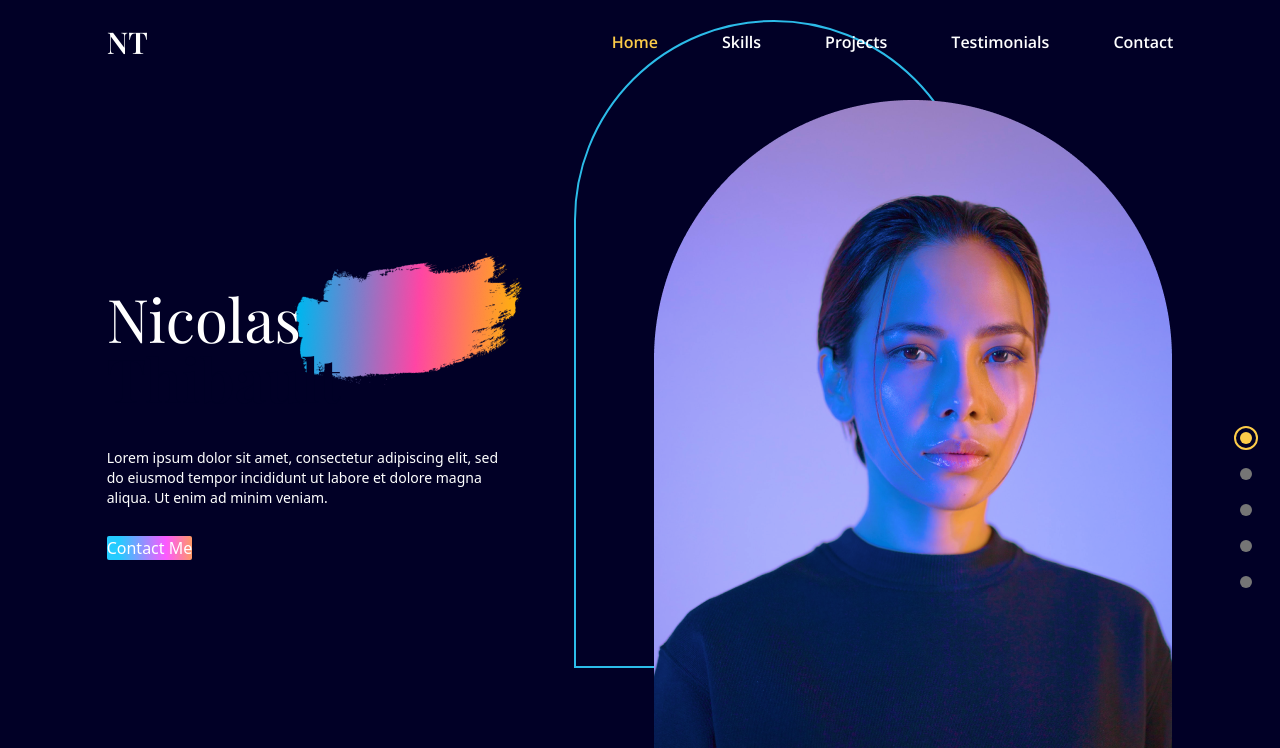
Repository: thibaultNicolas/portfolio-react
Page: /
An editor plug-in stored every save of this project. The page is shown before and after a run of saves, followed by the edit.
The browser window is 1280 px wide. The pictures show the whole page.
The project was rebuilt for these pictures with package versions that can differ from the ones it lists, and the page was loaded fresh each time. Also part of the build but not shown: next.config.ts.

Above is the page before, as saved 2023-01-08 10:47:47.

### public/index.html
<!DOCTYPE html>
<html lang="en">

<head>
  <meta charset="utf-8" />
  <link rel="icon" href="%PUBLIC_URL%/favicon.ico" />
  <meta name="viewport" content="width=device-width, initial-scale=1" />
  <meta name="theme-color" content="#000000" />
  <meta name="description" content="Web site created using create-react-app" />
  <link rel="apple-touch-icon" href="%PUBLIC_URL%/logo192.png" />
  <!--
      manifest.json provides metadata used when your web app is installed on a
      user's mobile device or desktop. See https://developers.google.com/web/fundamentals/web-app-manifest/
    -->
  <link rel="manifest" href="%PUBLIC_URL%/manifest.json" />
  <!--
      Notice the use of %PUBLIC_URL% in the tags above.
      It will be replaced with the URL of the `public` folder during the build.
      Only files inside the `public` folder can be referenced from the HTML.

      Unlike "/favicon.ico" or "favicon.ico", "%PUBLIC_URL%/favicon.ico" will
      work correctly both with client-side routing and a non-root public URL.
      Learn how to configure a non-root public URL by running `npm run build`.
    -->
  <title>React App</title>
  <link href="/public/output.css" rel="stylesheet">
</head>

<body>
  <noscript>You need to enable JavaScript to run this app.</noscript>
  <div id="root"></div>
  <!--
      This HTML file is a template.
      If you open it directly in the browser, you will see an empty page.

      You can add webfonts, meta tags, or analytics to this file.
      The build step will place the bundled scripts into the <body> tag.

      To begin the development, run `npm start` or `yarn start`.
      To create a production bundle, use `npm run build` or `yarn build`.
    -->
</body>

</html>

### src/index.css
@import url('https://fonts.googleapis.com/css2?family=Open+Sans:wght@400;600&family=Playfair+Display:wght@400;600&display=swap');

@tailwind base;
@tailwind components;
@tailwind utilities;

html,
body,
#root,
.app{
    height: 100%;
    background-color: #010026;
    @apply text-white;
}

### src/scenes/Navbar.jsx
import { useState } from 'react';
import AnchorLink from 'react-anchor-link-smooth-scroll';
import useMediaQuery from '../hooks/useMediaQuery';

const Link = ({ page, selectedPage, setSelectedPage }) => {
    const lowerCasePage = page.toLowerCase();
    return (
        <AnchorLink
            className={`${selectedPage === lowerCasePage ? 'text-yellow' : ''}
            hover:text-yellow transition duration-500`}
            href={`#${lowerCasePage}`}
            onClick={() => setSelectedPage(lowerCasePage)}
        >
            {page}
        </AnchorLink>
    );
};

const Navbar = ({ isTopOfPage, selectedPage, setSelectedPage }) => {
    const [isMenuToggled, setIsMenuToggled] = useState(false);
    const isAboveSmallScreens = useMediaQuery('(min-width:768px)');
    const navbarBackground = isTopOfPage ? "" : "bg-red";

    return (
        <nav className={`${navbarBackground} z-40 w-full fixed top-0 py-6`}>
            <div className="flex items-center justify-between mx-auto w-5/6">
                <h4 className="font-playfair text-3xl font-bold">NT</h4>

                {/* DESKTOP NAV */}
                {isAboveSmallScreens ? (
                    <div className="flex justify-between gap-16 font-openSans txt-sm font-semibold">
                        <Link
                            page="Home"
                            selectedPage={selectedPage}
                            setSelectedPage={setSelectedPage}
                        />
                        <Link
                            page="Skills"
                            selectedPage={selectedPage}
                            setSelectedPage={setSelectedPage}
                        />
                        <Link
                            page="Projects"
                            selectedPage={selectedPage}
                            setSelectedPage={setSelectedPage}
                        />
                        <Link
                            page="Testimonials"
                            selectedPage={selectedPage}
                            setSelectedPage={setSelectedPage}
                        />
                        <Link
                            page="Contact"
                            selectedPage={selectedPage}
                            setSelectedPage={setSelectedPage}
                        />
                    </div>
                ) : (
                    <button
                        className="rounded-full bg-red p-2"
                        onClick={() => setIsMenuToggled(!isMenuToggled)}
                    >
                        <img src="../assets/menu-icon.svg" alt="menu-icon" />
                    </button>
                )}

                {/* MOBILE MENU POPUP */}
                {!isAboveSmallScreens && isMenuToggled && (
                    <div className="fixed right-0 bottom-0 h-full bg-blue w-[300px]">
                        {/* CLOSE ICON */}
                        <div className="flex justify-end p-12">
                            <button
                                onClick={() => setIsMenuToggled(!isMenuToggled)}
                            >
                                <img
                                    src="../assets/close-icon.svg"
                                    alt="close-icon"
                                />
                            </button>
                        </div>
                        {/* MENU ITEMS */}
                        <div className="flex flex-col gap-10 ml-[33%] text-2xl text-deep-blue">
                            <Link
                                page="Home"
                                selectedPage={selectedPage}
                                setSelectedPage={setSelectedPage}
                            />
                            <Link
                                page="Skills"
                                selectedPage={selectedPage}
                                setSelectedPage={setSelectedPage}
                            />
                            <Link
                                page="Projects"
                                selectedPage={selectedPage}
                                setSelectedPage={setSelectedPage}
                            />
                            <Link
                                page="Testimonials"
                                selectedPage={selectedPage}
                                setSelectedPage={setSelectedPage}
                            />
                            <Link
                                page="Contact"
                                selectedPage={selectedPage}
                                setSelectedPage={setSelectedPage}
                            />
                        </div>
                    </div>
                )}
            </div>
        </nav>
    );
};

export default Navbar;

### src/scenes/DotGroup.jsx
import AnchorLink from 'react-anchor-link-smooth-scroll';
const DotGroup = ({ selectedPage, setSelectedPage }) => {
    const selectedStyles = `relative bg-yellow before:absolute before:w-6 before:h-6
    before:rounded-full before:border-2 before:border-yellow before:left-[-50%]
    before:top-[-50%]`;
    return (
        <div className="flex flex-col gap-6 fixed top-[60%] right-7">
            <AnchorLink
                className={`${selectedPage === 'home' ? selectedStyles : 'bg-dark-grey'}
            w-3 h-3 rounded-full`}
                href="#home"
                onClick={() => setSelectedPage('home')}
            />
            <AnchorLink
                className={`${selectedPage === 'skills' ? selectedStyles : 'bg-dark-grey'}
            w-3 h-3 rounded-full`}
                href="#skills"
                onClick={() => setSelectedPage('skills')}
            />
            <AnchorLink
                className={`${selectedPage === 'projects' ? selectedStyles : 'bg-dark-grey'}
            w-3 h-3 rounded-full`}
                href="#projects"
                onClick={() => setSelectedPage('projects')}
            />
            <AnchorLink
                className={`${selectedPage === 'testimonials' ? selectedStyles : 'bg-dark-grey'}
            w-3 h-3 rounded-full`}
                href="#testimonials"
                onClick={() => setSelectedPage('testimonials')}
            />
            <AnchorLink
                className={`${selectedPage === 'contact' ? selectedStyles : 'bg-dark-grey'}
            w-3 h-3 rounded-full`}
                href="#contact"
                onClick={() => setSelectedPage('contact')}
            />
        </div>
    );
};
export default DotGroup;

### src/scenes/Landing.jsx
import useMediaQuery from '../hooks/useMediaQuery';
import { motion } from 'framer-motion';
import AnchorLink from 'react-anchor-link-smooth-scroll';

const Landing = ({ setSelectedPage }) => {
    const isAboveMediumScreens = useMediaQuery('(min-width:1060px)');

    return (
        <section
            id="home"
            className="md:flex md:justify-between md:items-center md:h-full gap-16 py-10"
        >
            {/* IMAGE SECTION */}
            <div className="md:order-2 flex justify-center basis-3/5 z-10 mt-16 md:mt-32">
                {isAboveMediumScreens ? (
                    <div className="relative z-0 ml-20 before:absolute before:-top-20 before:-left-20 before:rounded-t-[400px] before:w-full before:max-w-[400px] before:h-full before:border-2 before:border-blue before:z-[-1]">
                        <img
                            src="assets/profile-image.png"
                            alt="profile"
                            className="hover:filter hover:saturate-200 transition duration-500 z-10 w-full max-w-[400px] md:max-w-[600px]"
                        />
                    </div>
                ) : (
                    <img
                        src="assets/profile-image.png"
                        alt="profile"
                        className="hover:filter hover:saturate-200 transition duration-500 z-10 w-full max-w-[400px] md:max-w-[600px]"
                    />
                )}
            </div>

            {/* MAIN SECTION */}
            <div className="z-30 basis-2/5 mt-12 md:mt-32">
                {/* HEADING SECTION */}
                <motion.div
                    initial="hidden"
                    whileInView="visible"
                    viewport={{ once: true, amount: 0.5 }}
                    transition={{ duration: 0.5 }}
                    variants={{
                        hidden: { opacity: 0, x: -50 },
                        visible: { opacity: 1, x: 0 },
                    }}
                >
                    <p className="text-6xl font-playfair z-10 text-center md:text-start">
                        Nicolas {''}
                        <span
                            className="xs:relative xs:text-deep-blue xs:font-semibold z-20
                        xs:before:content-brush before:absolute before:-left-[25px] before:-top-[70px] before:z-[-1]
                        "
                        >
                            Thibault
                        </span>
                    </p>
                    <p className="mt-10 mb-7 text-sm text-center md:text-start">
                        Lorem ipsum dolor sit amet, consectetur adipiscing elit,
                        sed do eiusmod tempor incididunt ut labore et dolore
                        magna aliqua. Ut enim ad minim veniam.
                    </p>
                </motion.div>

                {/* CALL TO ACTION */}
                <motion.div
                    className='flex mt-5 justify-center md:justify-start'
                    initial="hidden"
                    whileInView="visible"
                    viewport={{ once: true, amount: 0.5 }}
                    transition={{ delay:0.2, duration: 0.5 }}
                    variants={{
                        hidden: { opacity: 0, x: -50 },
                        visible: { opacity: 1, x: 0 },
                    }}
                >
                    <AnchorLink
                    className='bg-gradient-rainblue txt-deep-blue rounded-sm'
                    onClick={()=> setSelectedPage("contact")}
                    href="#contact">
                        Contact Me
                    </AnchorLink>
                </motion.div>
            </div>
        </section>
    );
};
export default Landing;

### src/hooks/useMediaQuery.jsx
import { useState, useEffect } from 'react';

const useMediaQuery = (query) => {
    const [matches, setMatches] = useState(false);

    useEffect(() => {
        const media = window.matchMedia(query);
        if (media.matches !== matches) {
            setMatches(media.matches);
        }
        const listener = () => setMatches(media.matches);
        window.addEventListener('resize', listener);
        return () => window.removeEventListener('resize', listener);
    }, [matches, query]);

    return matches;
};

export default useMediaQuery;

Loaded but not shown: src/index.js (common file); src/App.js (37 lines, source omitted); tailwind.config.js (41 lines, source omitted); public/output.css (740 lines, source omitted)

After the next 6 saves:
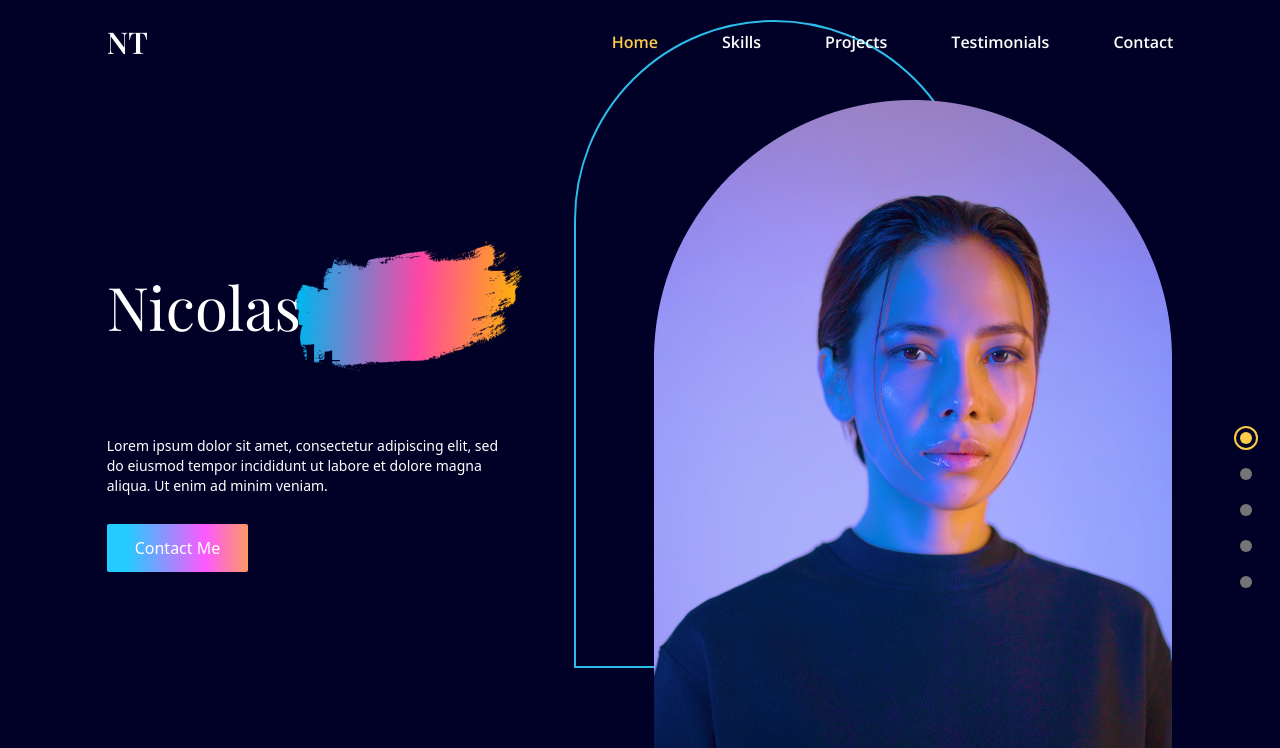
The 6 saves are shown as one change because they came seconds apart.
The last was saved 15 s later.
--- a/src/scenes/Landing.jsx
+++ b/src/scenes/Landing.jsx
@@ -72,7 +72,7 @@ const Landing = ({ setSelectedPage }) => {
                     }}
                 >
                     <AnchorLink
-                    className='bg-gradient-rainblue txt-deep-blue rounded-sm'
+                    className='bg-gradient-rainblue txt-deep-blue rounded-sm py-3 px-7 font'
                     onClick={()=> setSelectedPage("contact")}
                     href="#contact">
                         Contact Me
